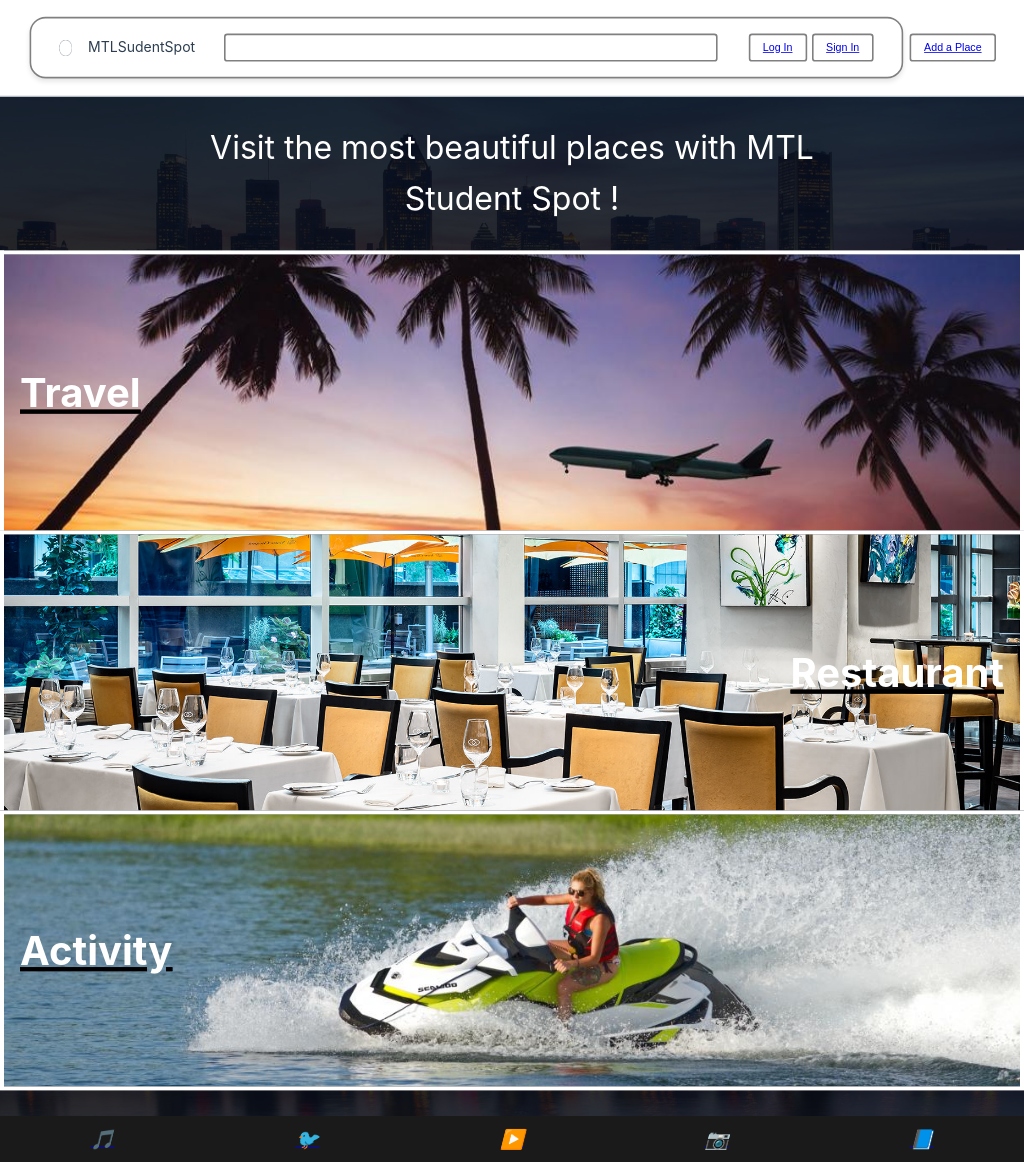
Repository: KevMn6ix/MOD8-2232-GRA-Damois-Leroi--Morant-Munto
Page: / (app in client/)
An editor plug-in stored every save of this project. The page is shown before and after the next save, followed by the edit.
The browser window is 1280 px wide. The pictures show the whole page, at 80% of full size.
The project was rebuilt for these pictures with package versions that can differ from the ones it lists, and the page was loaded fresh each time. Also part of the build but not shown: client/vite.config.js, client/src/components/HelloWorld.vue, client/src/services/Api.js, client/src/services/AuthentificationService.js, client/src/components/Login.vue, client/src/views/LoginPage.vue, client/src/components/PlaceItem.vue, client/src/components/PlaceList.vue.

Above is the page before, as saved 2023-10-18 13:38:29.

After the next save:
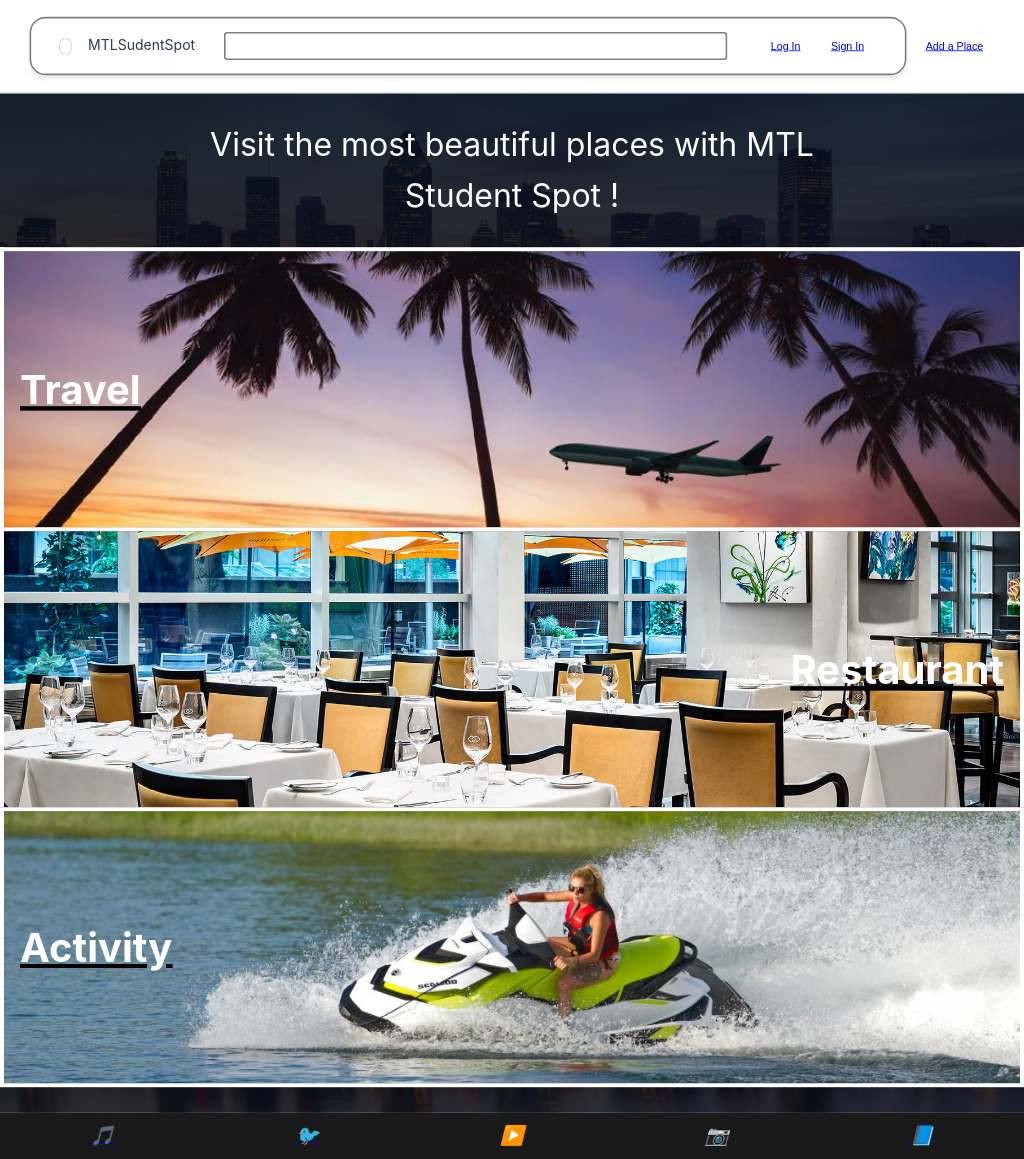
Saved 19 s later.
--- a/client/src/components/NavBar.vue
+++ b/client/src/components/NavBar.vue
@@ -74,7 +74,7 @@ button {
     cursor: pointer;
     transition: background-color 0.3s ease;
     margin: 3px;
-    border: 2px solid gray;
+    border: 2px solid var(--button-border);
 }
 
 button:hover {
